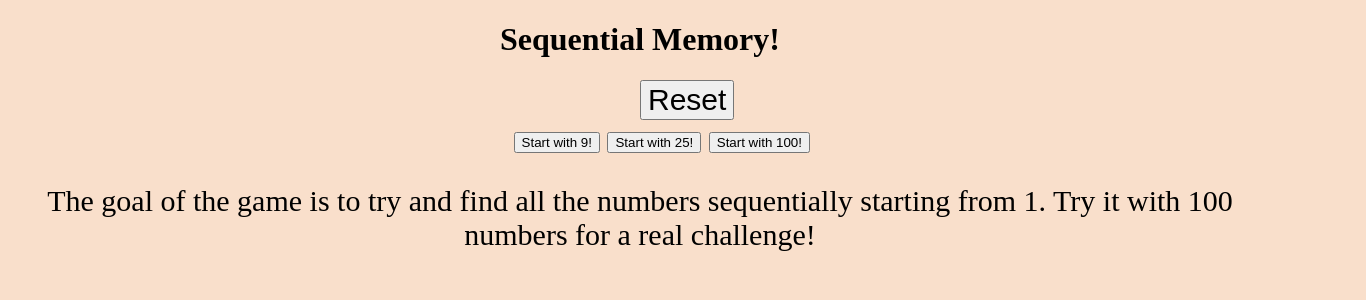
Repository: HyveMynd/htdocs
Page: PS1/SequentialMemory.html
The author's editor kept a copy of each file at every save. The page is drawn from the files as they stood at one save, then again after the next save.
The browser window is 1280 px wide. The page is 1366 px wide, so the pictures cover 1366 px, including what lies to the right of the window. The pictures show the whole page.
Some web libraries are served in a nearby version.

Above is the page before, as saved 2013-01-22 05:14:42.

### PS1/SequentialMemory.html
<!--
	Andres Monroy
	U0733037
	CS4540
-->
<!DOCTYPE html PUBLIC "-//W3C//DTD HTML 4.01 Transitional//EN" "http://www.w3.org/TR/html4/loose.dtd">
<html>
<head>
<meta http-equiv="Content-Type" content="text/html; charset=UTF-8">
<link rel="stylesheet" href="MemoryStyle.css" type="text/css" />
<script type="text/javascript" src="https://ajax.googleapis.com/ajax/libs/jquery/1.7.1/jquery.min.js"></script>
<script src="MemoryControl.js" type="text/javascript" ></script>
<title>Number Memory</title>
</head>
<body>
<h1>Sequential Memory!</h1>
<input id=Reset type=button onclick=window.location.reload() value=Reset />
<div class=gameboard ></div>
<div class=select>
	<button id=num3 onclick="displayBoard(3)">Start with 9!</button>
	<button id=num5 onclick="displayBoard(5)">Start with 25!</button>
	<button id=num10 onclick="displayBoard(10)">Start with 100!</button>
</div>
<p class=Instructions >The goal of the game is to try and find all the
numbers sequentially starting from 1. Try it with 100 numbers for a real challenge!</p>
</body>
</html>

### PS1/MemoryStyle.css
/*	Andres Monroy
	U0733037
	CS4540
*/

@CHARSET "UTF-8";
body { background-color:#f9dfcb; }
h1 { text-align:center; color:black }
table {
	text-align:center;
	color:black;
	border: 5px solid black;
	border-collapse:collapse;
	margin:auto;
	font-size:50px;
}
tr { border: 5px solid black; height: 100px; width: 100px; }
td { border: 5px solid black; height: 100px; width: 100px; }
p {text-align:center; font-size:30px}
.gameboard input {
	height:90px;
	width:90px;
	background-color:#faaaab;
	font-size:30px;
	color:#faaaab;
}
.select {
	font-size:30px;
	margin-left:40%;
	margin-right:auto;
}


#Reset {
	font-size:30px;
	margin-left:50%;
	margin-right:50%;
}

### PS1/MemoryControl.js
var current = 0;
var numbers = new Array();
var rowsColumns;

function displayNumber(button){
	//show number in black
	$(button).css({color:"#000000"});
	var selected = $(button).val();
	//if the number is sequential, do not fade
	if (selected == current+1){
		current++;
	}
	//else reset the numbers to be invisible
	else{
		window.setTimeout(function () {showbutton();}, 500);
		current=0;
	}
	//check for game completion
	if(current == rowsColumns*rowsColumns){
		gameComplete();
	}
}

function showbutton(){
	//reset all the numbers back to blank
	$(".gameboard input").css({color:"#faaaab"});
}

function displayBoard(num){
	rowsColumns = num;
	for (var i = 0; i < num*num; i++){
		numbers[i] = i+1;
	}

	//add the buttons to the gameboard
	var board = "<table>";
	for (var r = 0; r < num; r++){
		var row = "<tr>";
		for (var c = 0; c < num; c++){
			var key = Math.floor(Math.random() * numbers.length-1);
			var number = numbers.splice(key, 1);
			//randomly select array numbers
			row += "<td><input type=button value="+number+" /></td>";
		}
		row += "</tr>";
		board += row;
	}
	board += "</table>";
	$(".gameboard").append(board);
	//hide buttons
	$("#num3").hide();
	$("#num5").hide();
	$("#num10").hide();
	$("#Reset").hide();

	//tie gameboard buttons
	$(".gameboard input").click(function () { play(this); });
}

function play(button){
	//get the row and column of the button
	var td = $(button).parent();
	var col = td.parent().children().index(td);
	var row = td.parent().parent().children().index(td.parent());

	//toggle the number to display
	toggle(row, col);
}

function toggle (r,c){
	var button = $(".gameboard input").get(r*rowsColumns+c);
	displayNumber(button);
}

function gameComplete(){
	window.alert("Congratulations! You have won!");
	$("#Reset").show();
}

After the next save:
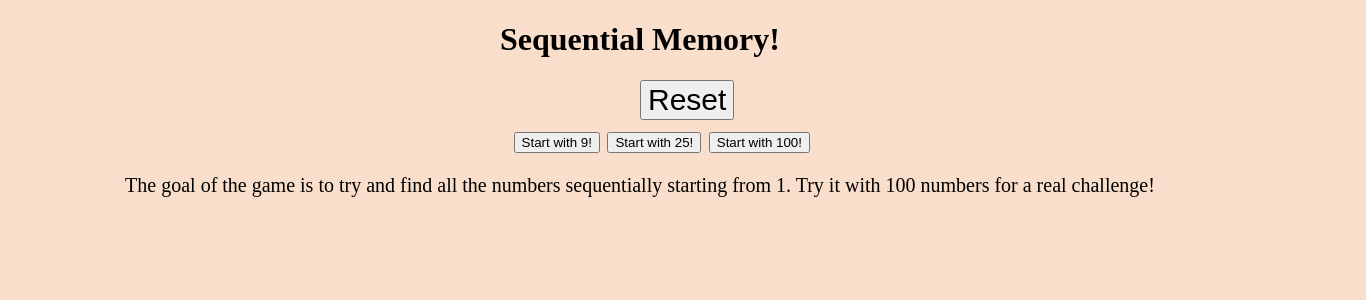
Saved 20 s later.
--- a/PS1/MemoryStyle.css
+++ b/PS1/MemoryStyle.css
@@ -16,7 +16,7 @@ table {
 }
 tr { border: 5px solid black; height: 100px; width: 100px; }
 td { border: 5px solid black; height: 100px; width: 100px; }
-p {text-align:center; font-size:30px}
+p {text-align:center; font-size:20px}
 .gameboard input {
 	height:90px;
 	width:90px;
